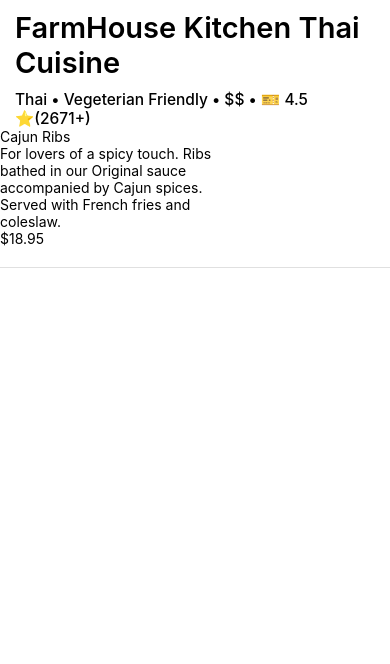
Repository: remydev47/ubereats-frontend
Screen: /
The author's editor kept a copy of each file at every save. The screen is drawn from the files as they stood at one save, then again after the next save.
The pictures show rows 180 to 844 of an output 844 px tall.
The app was drawn by React Native's web renderer in a window 390 px wide. The project was rebuilt for these pictures with package versions that can differ from the ones it lists, and the page was loaded fresh each time. Also part of the build but not shown: components/Home/HeaderTabs.js, components/Home/SearchBar.js, components/Home/Categories.js, components/Home/RestaurantItems.js, components/Home/BottomTabs.js, Screens/Home.js.

Above is the screen before, as saved 2022-05-29 23:36:27.

### App.js
import { StatusBar } from 'expo-status-bar';
import { StyleSheet, Text, View } from 'react-native';
import Home from './Screens/Home';
import RestaurantDetails from './Screens/RestaurantDetails';

export default function App() {
  return (
    <View >
      {/* <Home />  */}
      <RestaurantDetails />
     <StatusBar style="auto" />
    </View>
  );
}

### Screens/RestaurantDetails.js
import { View, Text, Image, FlatList, StyleSheet } from 'react-native'
import React from 'react'
import restaurants from '../assets/data/restaurants.json';
import About from '../components/restaurantDetails/About';
import { Divider } from 'react-native-elements';
import MenuItems from '../components/restaurantDetails/MenuItems';



 const RestaurantDetails = () => {
  return (
    <View >
      {/* <Image
       source={{uri: restaurant.image}}
       style={styles.image}
      /> */}
     <About />
     <MenuItems />
     <Divider width={1.8} style={{ marginVertical: 20 }} />
    </View>
  )
}

const styles = StyleSheet.create({
    page: {
        flex: 1,
    },
    image: {
        width: '100%',
        aspectRatio: 4/3,
    },
    title: {
        fontSize: 14,
        fontWeight: 'bold',
    }
});

export default RestaurantDetails;

### assets/data/restaurants.json
[{
  "id": "1",
  "name": "El Cabo Coffe Bar Tres De Mayo",
  "deliveryFee": 1.40,
  "minDeliveryTime": 25,
  "maxDeliveryTime": 35,
  "rating": 4.0,
  "image": "https://notjustdev-dummy.s3.us-east-2.amazonaws.com/uber-eats/restaurant1.jpeg",
  "dishes": [
    {
      "name": "Cheese Tequeños",
      "description": "6 pieces of chese with sauce.",
      "price": 6.90,
      "image": "https://notjustdev-dummy.s3.us-east-2.amazonaws.com/uber-eats/restaurant2.jpeg"
    },
    {
      "name": "Hamburger La Super Cabo Burger",
      "description": "Double meat, gouda cheese, cheddar cheese, cooked ham, bacon, egg, salad and rustic potatoes.",
      "price": 8.90,
      "image": "https://notjustdev-dummy.s3.us-east-2.amazonaws.com/uber-eats/restaurant3.jpeg"
    },
    {
      "name": "U.S.A. Burger",
      "description": "Beef, gouda cheese, cheddar cheese, cooked ham, bacon, egg and salad.",
      "price": 5.40
    },
    {
      "name": "Slices of Llanero Cheese",
      "description": "Ripe plantain with cheese and palm honey.",
      "price": 5.90
    },
    {
      "name": "Papas Locas El Cabo",
      "description": "French fries with shredded chicken, gouda cheese and ham.",
      "price": 7.90
    }
  ]
}, {
  "id": "2",
  "name": "Tony Roma's - C.C. Meridiano",
  "deliveryFee": 0.40,
  "minDeliveryTime": 25,
  "maxDeliveryTime": 35,
  "rating": 4.7,
  "image": "https://notjustdev-dummy.s3.us-east-2.amazonaws.com/uber-eats/restaurant2.jpeg",
  "dishes": [
    {
      "name": "Cajun Ribs",
      "description": "For lovers of a spicy touch. Ribs bathed in our Original sauce accompanied by Cajun spices. Served with French fries and coleslaw.",
      "price": 18.95
    },
    {
      "name": "The Original Baby Backs",
      "description": "The house specialty. Pork ribs cooked on the barbecue and marinated with our original barbecue sauce. Served with French fries and coleslaw.",
      "price": 19.95
    },
    {
      "name": "Carolina Honey",
      "description": "Our famous ribs marinated with our Carolina honey sauce, a mixture of honey with our original sauce. Ideal for those looking for a sweet touch. Served with French fries and coleslaw.",
      "price": 18.95,
      "image": "https://notjustdev-dummy.s3.us-east-2.amazonaws.com/uber-eats/restaurant2.jpeg"
    },
    {
      "name": "Onion Rings",
      "description": "Los tradicionales aros de cebolla de tony romas dorados, crujientes y ligeros. Únicos en el mundo, acompañados de salsa BBQ.",
      "price": 6.95
    },
    {
      "name": "Nachos Tony Roma's",
      "description": "The best selling nachos! with our blend of melted cheeses, accompanied by guacamole, crispy bacon, ranch beans, and sour cream.",
      "price": 10.95
    }
  ]
}, {
  "id": "3",
  "name": "Brothers Barbecue",
  "deliveryFee": 1.40,
  "minDeliveryTime": 20,
  "maxDeliveryTime": 30,
  "rating": 4.3,
  "image": "https://notjustdev-dummy.s3.us-east-2.amazonaws.com/uber-eats/restaurant3.jpeg",
  "dishes": [
    {
      "name": "Burger Mustang",
      "description": "Homemade bread, burger sauce, lettuce, sweet and sour pickle, bacon, cheddar and BBQ sauce. Beef 180 grams.",
      "price": 5.90
    },
    {
      "name": "Alabama bread",
      "description": "Artisan bread, butter sauce, garlic, BBQ chicken and cheddar.",
      "price": 3.00
    },
    {
      "name": "New York Burger",
      "description": "Homemade bread, lettuce, burger sauce, 180 grams of beef, goat cheese and roasted apple.",
      "price": 5.90
    },
    {
      "name": "Mac & Cheese Burger",
      "description": "Homemade bread, lettuce, burger sauce, 180 grams of beef, mac and cheese, and American-style bacon.",
      "price": 5.90
    },
    {
      "name": "Nachos Brothers",
      "description": "Nachos, guacamole, cheddar sauce, beans, bacon, and cream cheese.",
      "price": 5.20
    }
  ]
}, {
  "id": "4",
  "name": "Hamburguesa Nostra La Salle",
  "deliveryFee": 0.90,
  "minDeliveryTime": 30,
  "maxDeliveryTime": 40,
  "rating": 4.5,
  "image": "https://notjustdev-dummy.s3.us-east-2.amazonaws.com/uber-eats/restaurant4.jpeg",
  "dishes": [
    {
      "name": "English burger",
      "description": "Beef with bacon, portobello mushrooms, tomato, cheddar cheese, grilled egg and our smoked sauce.",
      "price": 14.90
    },
    {
      "name": "Mexican Burger",
      "description": "Beef, with pico de gallo, veggie chili, cheddar cheese, guacamole and smoked sauce.",
      "price": 14.90
    },
    {
      "name": "Tequeños",
      "description": "Crispy sticks filled with melted cheese accompanied by tomato chutney.",
      "price": 9.90
    },
    {
      "name": "Starters Combo",
      "description": "Tequeños, crispy onion and chicken delicacies.",
      "price": 13.90
    },
    {
      "name": "Cesar Salad",
      "description": "Green sprouts, pieces of grilled bacon, chicken delicacies, grated Parmesan, muffin croutons and fried onion confetti dressed with Caesar sauce.",
      "price": 10.50
    }
  ]
}]

### components/restaurantDetails/About.js
import { View, Text, Image } from 'react-native'
import React from 'react'

const image = "https://notjustdev-dummy.s3.us-east-2.amazonaws.com/uber-eats/restaurant2.jpeg";

const title = "FarmHouse Kitchen Thai Cuisine"

const detail = "Thai • Vegeterian Friendly • $$ • 🎫 4.5 ⭐(2671+)"

const description = "For lovers of a spicy touch. Ribs bathed in our Original sauce accompanied by Cajun spices. Served with French fries and coleslaw."


export default function About() {
  return (
    <View>
      <RestaurantImage image={image}/>
      <RestaurantTitle title={title}/>
      <Restaurantdetails details={detail}/>
      {/* <RestaurantDescription description={description} /> */}
    </View>
  )
}

const RestaurantImage = (props) => {
  return (
    <View>
      <Image
        source={{uri: props.image}}
        style={{width: '100%', height: 180}}
      />
    </View>
  )
}

const RestaurantTitle = (props) => {
  return (
    <View>
      <Text style={{fontSize: 29, fontWeight: '600', marginTop: 10, marginHorizontal: 15,}}>
        {props.title}
      </Text>
    </View>
  )
}
const Restaurantdetails = (props) => {
  return(
    <Text style={{fontSize: 15.5, fontWeight: '500', marginTop: 10, marginHorizontal: 15,}}>
      {props.details}
    </Text>
  )
}

const RestaurantDescription = (props) => {
  return (
    <View>
      <Text style={{fontSize: 17, marginTop: 10, marginHorizontal: 15,}}>
        {props.description}
      </Text>
    </View>
  )
}

### components/restaurantDetails/MenuItems.js
import { View, Text, StyleSheet } from 'react-native'
import React from 'react'

const foods = [
    {
        "image": "https://notjustdev-dummy.s3.us-east-2.amazonaws.com/uber-eats/restaurant2.jpeg",
        "title": "Cajun Ribs",
        "description": "For lovers of a spicy touch. Ribs bathed in our Original sauce accompanied by Cajun spices. Served with French fries and coleslaw.",
        "price":"$18.95"
    },
    {
      "image": "https://notjustdev-dummy.s3.us-east-2.amazonaws.com/uber-eats/restaurant3.jpeg",
      "title": "Papas Locas El Cabo",
      "description": "French fries with shredded chicken, gouda cheese and ham.",
      "price": "$7.90"
    },
    {
      "image": "https://notjustdev-dummy.s3.us-east-2.amazonaws.com/uber-eats/restaurant4.jpeg",
      "title": "Onion Rings",
      "description": "Los tradicionales aros de cebolla de tony romas dorados, crujientes y ligeros. Únicos en el mundo, acompañados de salsa BBQ.",
      "price": "$6.95"
    },
    {
        "image": "https://encrypted-tbn0.gstatic.com/images?q=tbn:ANd9GcRrv_Xp8ubtMYcRQeuBgDUjlkokFDfczLpULp08CMKd8FEnempprkZ5RwZIi1guLiAxHgQ&usqp=CAU",
        "title": "Burger Mustang",
        "description": "Homemade bread, burger sauce, lettuce, sweet and sour pickle, bacon, cheddar and BBQ sauce. Beef 180 grams.",
        "price":"$5.90 "
    },
    {
      "image": "https://daintfood.com/wp-content/uploads/2022/03/p2.jpg",
      "title": "Alabama bread",
      "description": "Artisan bread, butter sauce, garlic, BBQ chicken and cheddar.",
      "price":"$3.00 "
    }

];

const styles = StyleSheet.create({
    menuItemStyle:{
        flexDirection: 'row',
        justifyContent: 'space-between',
        margin: 20,
    }
})

export default function MenuItems() {
  return (
    <View>
       <FoodInfo food={foods[0]}/>
      {/* <FoodImage food={foods[0]}/> */}
    </View>
  )
}

const FoodInfo = (props) => {
    return(
       <View style={{ width: 240, justifyContent: "space-evenly"}}>
           <Text>{props.food.title}</Text>
           <Text>{props.food.description}</Text>
           <Text>{props.food.price}</Text>
       </View>
    )
}

After the next save:
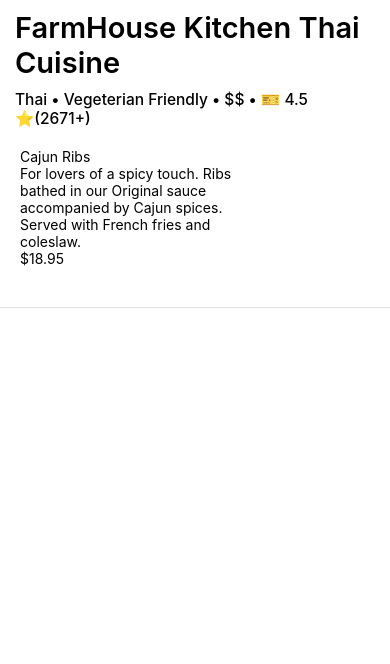
Saved 50 s later.
--- a/components/restaurantDetails/MenuItems.js
+++ b/components/restaurantDetails/MenuItems.js
@@ -45,7 +45,7 @@
 
 export default function MenuItems() {
   return (
-    <View>
+    <View style={styles.menuItemStyle}>
        <FoodInfo food={foods[0]}/>
       {/* <FoodImage food={foods[0]}/> */}
     </View>
